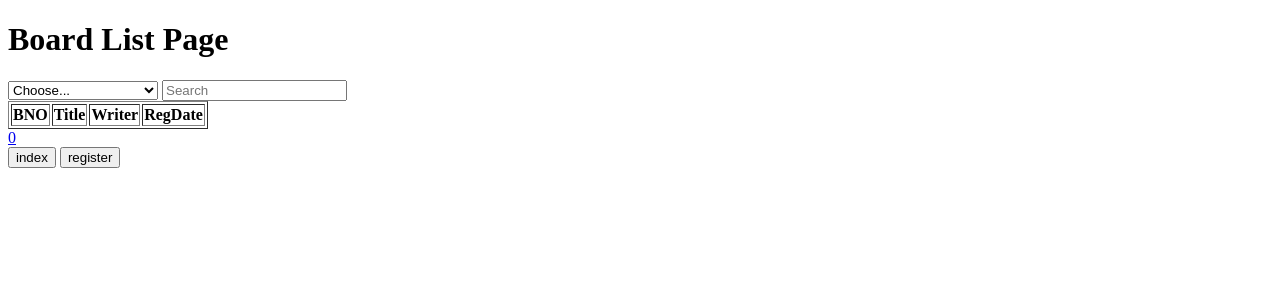
Repository: Leesunghoon1/brd_mem
Page: http://localhost/jps_BoardMember/board/list.jsp
An editor plug-in stored every save of this project. The page is shown before and after the next save, followed by the edit.
The browser window is 1280 px wide. The pictures show the whole page.
The page is served by Tomcat 9. Other server files are loaded and not shown. The template is opened directly, without the code that normally fills it, so the values that code supplies are empty.

Above is the page before, as saved 2023-09-12 08:07:43.

### jps_BoardMember/src/main/webapp/board/list.jsp
<%@ page language="java" contentType="text/html; charset=UTF-8"
    pageEncoding="UTF-8"%>
    <%@ taglib prefix="c" uri="http://java.sun.com/jsp/jstl/core" %>
<!DOCTYPE html>
<html>
<head>
<meta charset="UTF-8">
<title>Insert title here</title>
</head>
<body>
   <h1>Board List Page</h1>
   <!-- 검색 구역 -->
   <div>
   <form action="/brd/pageList" method="get">
   			<div>
   			<c:set value="${ph.pgvo.type }" var="typed"></c:set>
   			<select name="type">
   				<option ${type == null ? 'selected':'' }>Choose...</option>
   				<option value="t" ${type eq 't' ? 'selected':'' }> title</option>
   				<option value="w" ${type eq 'w' ? 'selected':'' }> title>writer </option>
   				<option value="c" ${type eq 'c' ? 'selected':'' }> title>content</option>
   				<option value="tw" ${type eq 'tw' ? 'selected':'' }> title>title + writer</option>
   				<option value="wc" ${type eq 'wc' ? 'selected':'' }> title>title + content</option>
   				<option value="twc" ${type eq 'twc' ? 'selected':'' }> title>writer + content</option>
   				<option>title + writer + content</option>
   			</select>
   			<input type="text" name="keyword" value="${ph.pgvo.keyword }" placeholder="Search">
   			<br>

   </form>
   </div>
   </div>
   <table border="1">
      <tr>
         <th>BNO</th>
         <th>Title</th>
         <th>Writer</th>
         <th>RegDate</th>
      </tr>
      <c:forEach items="${list}" var="bvo">
         <tr>
            <td><a href="/brd/detail?bno=${bvo.bno}">${bvo.bno}</a></td>
            <td><a href="/brd/detail?bno=${bvo.bno}">${bvo.title}</a></td>
            <td>${bvo.writer}</td>
            <td>${bvo.regdate}</td>
         </tr>
      </c:forEach>
   </table>
   <!-- 페이지네이션 표시 구역 -->
   <div>
      <!-- prev -->
      <c:if test="${ph.prev}">
         <a href="brd/pageList?pageNo=${ph.startPage-1 }&qty=${ph.pgvo.qty}"> ◁ |</a>
      </c:if>
      <c:forEach begin="${ph.startPage}" end="${ph.endPage}" var="i">
         <a href="/brd/pageList?pageNo=${i}&qty=${ph.pgvo.qty}">${i}</a>
      </c:forEach>
      <c:if test="${ph.next}">
         <a href="/brd/pageList?pageNo=${ph.endPage+1 }&qty=${ph.pgvo.qty}"> | ▷</a>
      </c:if>
   </div>

   <a href="/index.jsp"><button type="button">index</button></a>
   <a href="/board/register.jsp"><button type="button">register</button></a>
</body>
</html>

After the next save:
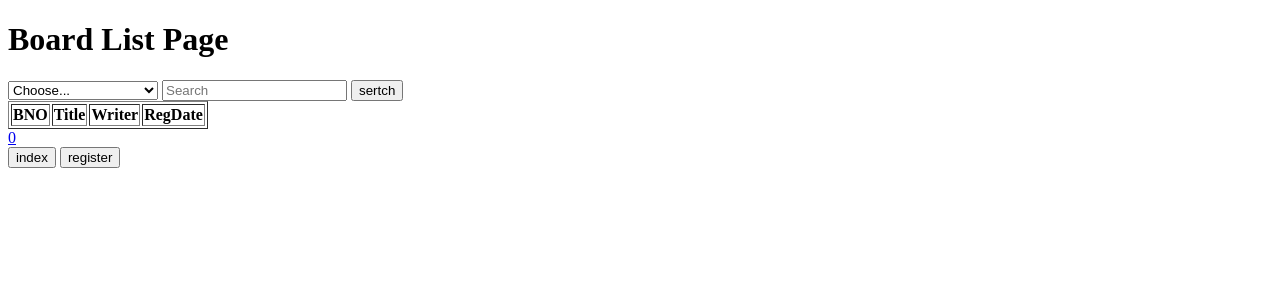
Saved 7 min 42 s later.
--- a/jps_BoardMember/src/main/webapp/board/list.jsp
+++ b/jps_BoardMember/src/main/webapp/board/list.jsp
@@ -25,7 +25,8 @@
    				<option>title + writer + content</option>
    			</select>
    			<input type="text" name="keyword" value="${ph.pgvo.keyword }" placeholder="Search">
-   			<br>
+
+   			<button type="submit">sertch</button>
 
    </form>
    </div>
